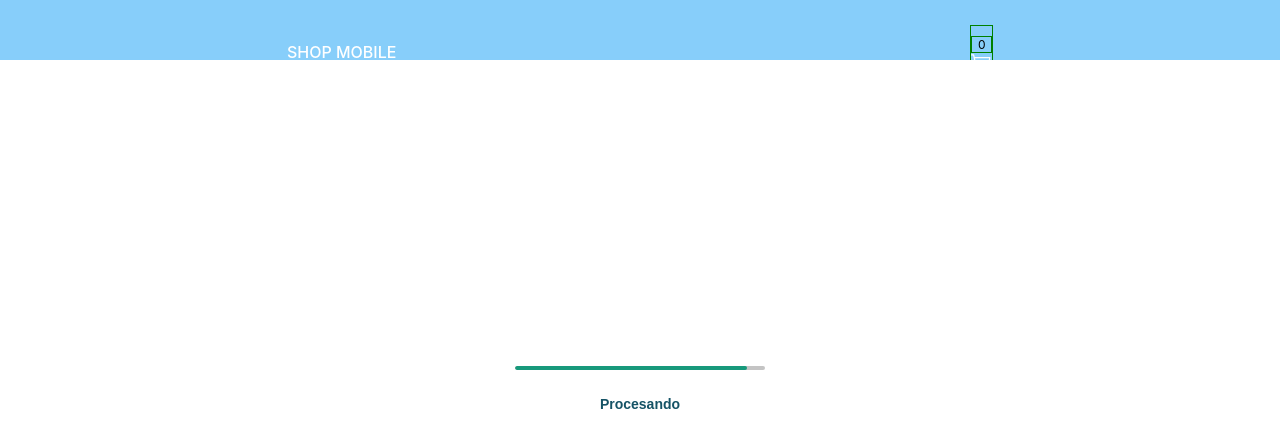
Repository: banchiec/atInditex
Page: /
These files come from the project's save history. The page is drawn as it stood at one moment and after the next save; the edit follows.
The browser window is 1280 px wide. The pictures show the whole page.
The page's requests for data from a server got no answer. The project was rebuilt for these pictures with package versions that can differ from the ones it lists, and the page was loaded fresh each time. No one was signed in, and anything a server would have sent is missing. Also part of the build but not shown: src/components/Cards/CardProductItem/cardProductItemStyled.js, src/components/Cards/CardProductItem/CardProductItem.js, src/services/cart.services.js, src/utils/products/cart.utils.js, src/screen/DetailsProductScreen/components/ButtonOptions/buttonOptionsStyled.js, src/screen/DetailsProductScreen/components/ButtonOptions/ButtonOptions.js, src/screen/DetailsProductScreen/styles/detailsProductScreenStyled.js, src/screen/DetailsProductScreen/DetailsProductScreen.js.

Above is the page before, as saved 2022-09-08 10:54:28.

### src/App.js
import {BrowserRouter as Router, Routes, Route } from 'react-router-dom'
import * as path from './utils/paths'
import Header from './components/Header/Header';
import ProductsScreen from './screen/ProductsScreen/ProductsScreen';
import DetailsProductScreen from './screen/DetailsProductScreen/DetailsProductScreen';
import { useEffect, useState } from 'react';

let counter = 0

function App() {
  const [counterCart, setCounterCart] = useState(0)

  useEffect(() => {
    handleCounterCart()
  }, [])

  const handleCounterCart = (valor) => {
    console.log(valor);
    if(valor === null){
      setCounterCart(counter)
    }
    setTimeout(() => {
      setCounterCart(valor)
    }, 1000)
    if(valor){
      counter++
    }
  }

  console.log(counterCart);

  return (
    <Router>
      <Header counterCart={counterCart} />
      <Routes>
        <Route path={path.PRODUCTPAGE} element={<ProductsScreen/>} />
        <Route path={path.DETAILSPAGE} element={<DetailsProductScreen handleCounterCart={handleCounterCart} />}  />
      </Routes>
    </Router>
  );
}

export default App;

### src/utils/paths.js
export const PRODUCTPAGE= '/'
export const DETAILSPAGE= '/product/details/:id'

### src/components/Header/Header.js
import { Link } from "react-router-dom"
import {BsCart} from 'react-icons/bs'
import * as path from '../../utils/paths'
import { ContainerHeader } from "./headerStyled"
import { useEffect, useState } from "react"

const Header = ({counterCart}) => {
  const [cartItems,setCartItems] = useState()

  useEffect(() => {
    if(counterCart === null){
      setCartItems(0)
    }
    setCartItems(counterCart?.countItems)
  }, [])

  console.log(counterCart);

  return(
    <ContainerHeader>
      <Link to={path.PRODUCTPAGE}>
        SHOP MOBILE
      </Link>
      <div>
        <p>
        { counterCart != null ? counterCart?.countItems: 0}
        </p>
        <BsCart/>
      </div>
    </ContainerHeader>
  )
}
export default Header

### src/screen/ProductsScreen/ProductsScreen.js
import { useEffect, useState } from "react"
import CardProductItem from "../../components/Cards/CardProductItem/CardProductItem"
import Loader from "../../components/Loaders/Loader"
import { getProducts } from "../../utils/products/products.utils"
import { getWithExpiry } from "../../utils/localStorage"
import { ContainerProducts, Filter, Search } from "./styles/productScreenStyled"

const ProductsScreen = () => {
  const [products, setProducts] = useState(null)
  const [productsSearch, setProductsSearch] = useState([])
  const [value, setValue] = useState('')
  const [alert, setAlert] = useState(null)
  const [cartItem, setCartItems] = useState(0)

  useEffect(() => {
    getProducts()
  },[])
  useEffect(()=> {
    setTimeout(() => {
      setProducts(getWithExpiry('products'));
      setProductsSearch(getWithExpiry('products'))
    }, 2000);
  },[])
  useEffect(() => {
    setTimeout(() => {
      if(getWithExpiry('products') === null){
        setAlert(
          <div>
            <h1>Es necesario volver a solicitar la información</h1>
          </div>
        )
        setProducts([])
      }
    }, 3600000)
  },[])

  const handleGetProduct = (e) => {
    setValue(e.target.value)
    filter(e.target.value)
  }
  const filter = (searchText) => {
    let resutlsSearch = productsSearch.filter((product) => {
      if(product.brand.toString().toLowerCase().includes(searchText.toLowerCase())
        || product.model.toString().toLowerCase().includes(searchText.toLowerCase())){
        return product
      }
    })
    setProducts(resutlsSearch)
  }
  return (
    <div>
      <Filter>
        <h4>LIST ITEM</h4>
        <Search
          type='text'
          placeholder="SEARCH"
          value={value}
          onChange={(e) => handleGetProduct(e)}
        />
      </Filter>
      <ContainerProducts>
        { !products ? (
          <Loader/>
        ):(
          products?.map((item) => {
            return (
              <CardProductItem
                key={item.id}
                id = {item.id}
                imgUrl={item.imgUrl}
                brand={item.brand}
                model={item.model}
                price={item.price}
              />
            )
        })) }
        {alert}
      </ContainerProducts>
    </div>
  )
}

export default ProductsScreen

### src/components/Header/headerStyled.js
import styled from "styled-components";

export const ContainerHeader = styled.header`


  @media (min-width:768px){
    display: flex;
    justify-content: space-around;
    align-items: center;
    background: #87CEFA;
    padding: 25px 0;
    border: 1px solid greee;
    a {
      text-decoration: none;
      color: #ffff;
      font-weight: 500;
    }
    svg {
      font-size: 1.3rem;
      color: #ffff;
    }
    div{
      border: 1px solid green;
      padding: 0;
      margin:0;
      p {
        position: relative;
        border: 1px solid green;
        margin:0 ;
        text-align: center;
        font-size: 12px;
        margin-top: 10px;
      }
    }
  }
`

### src/components/Loaders/Loader.js
import './styles/loader.css'

const Loader = () => {
	return(
		<div className="progress_bar animate-loader">
			<div className="progress_bar__content">
				<div className="progress_bar__wrapper">
					<div className="progress_bar__viewer">
						<div className="progress_bar__shimmer"></div>
					</div>
				</div>
				<div className="progress_bar__state" data-start="Solicitando datos" data-middle="Procesando" data-end="Casi esta!"></div>
			</div>
		</div>
	)
}
export default Loader

### src/utils/products/products.utils.js
import ProductsService from "../../services/product.services"
import { setWithExpiry } from "../localStorage"
const productService = new ProductsService()

export const getProducts = () => {
	productService.getProducts()
		.then((data)=> {
			setWithExpiry('products', JSON.stringify(data.data), 360000)
		})
		.catch((error) => console.log(error))
}
export const getDetailsProduct = (id) => {
	productService.getOneProduct(id)
	.then((data) => {
		setWithExpiry(`detailsProduct${data.data.id}`, JSON.stringify(data.data), 360000)
	})
	.catch((error) => console.log(error))
}

### src/utils/localStorage.js
export const setWithExpiry = (key, value, ttl) =>  {
	const now = new Date()
	const item = {
		value: value,
		expiry: now.getTime() + ttl,
	}
	localStorage.setItem(key, JSON.stringify(item))
}

export const getWithExpiry = (key) =>  {
	const itemStr =  localStorage.getItem(key)
	if (!itemStr) {
		return null
	}
	const item = JSON.parse(itemStr)
	const now = new Date()
	if (now.getTime() > item.expiry) {
		localStorage.removeItem(key)
		return null
	}
	return  JSON.parse( item.value)
}

### src/screen/ProductsScreen/styles/productScreenStyled.js
import styled from "styled-components";
export const ContainerProducts =  styled.div`
  display: flex;
  flex-direction: row;
  justify-content: center;
  flex-wrap: wrap;
	@media (min-width:768px){
  }
`
export const Filter = styled.div`
  display: flex;
  flex-direction: row;
  justify-content: space-between;
  padding:  15px 0;
  margin: 0 6em;
`
export const Search = styled.input`
	@media (min-width:768px){
		padding: 0 20px;
    text-align: end;
    border: none;
    background: whitesmoke;
    border-radius:  5px;/* border: 1px solid green; */
  }
`

### src/components/Loaders/styles/loader.css
.progress_bar {
  font-family: Arial;
  position: fixed;
  left: 0;
  bottom: 0;
  display: flex;
  width: 100%;
  align-items: center;
  justify-content: center;
  background: white;
  top: 60px;
  z-index: 999;
  height: calc(100vh - 60px);
}
.progress_bar__wrapper {
  overflow: hidden;
  border-radius: 15px;
  width: 250px;
  background-color: #c4c4c4;
  overflow: hidden;
}
.progress_bar__viewer {
  background: #17997B;
  border-radius: 4px;
  height: 4px;
  transform: scaleX(0);
  transform-origin: 0 0;
}
.progress_bar.animate-loader .progress_bar__viewer {
  animation: FillAnimation 6s cubic-bezier(0.01, 1.06, 0.71, 1) forwards infinite;
}
.progress_bar.animate-loader .progress_bar__state::before {
  content: '';
  animation: TextChange 6s infinite;
}
.progress_bar__content {
  display: flex;
  flex-direction: column;
}
.progress_bar__state {
  margin-top: 24px;
  text-align: center;
  font-size: 14px;
  line-height: 1.5;
  font-weight: bold;
  color: #155366;
}
@keyframes FillAnimation {
  0% {
    transform: scaleX(0.028);
  }
  10% {
    transform: scaleX(0.028);
  }
  20% {
    transform: scaleX(0.028);
  }
  25% {
    transform: scaleX(0.24);
  }
  35% {
    transform: scaleX(0.24);
  }
  45% {
    transform: scaleX(0.24);
  }
  50% {
    transform: scaleX(0.624);
  }
  60% {
    transform: scaleX(0.624);
  }
  70% {
    transform: scaleX(0.624);
  }
  75% {
    transform: scaleX(0.928);
  }
  85% {
    transform: scaleX(0.928);
  }
  95% {
    transform: scaleX(0.928);
  }
  100% {
    transform: scaleX(1);
  }
}
@keyframes TextChange {
  0% {
    content: attr(data-start);
  }
  24% {
    content: attr(data-start);
  }
  25% {
    content: attr(data-middle);
  }
  99% {
    content: attr(data-middle);
  }
  100% {
    content: attr(data-end);
  }
}

### src/services/product.services.js
import axios from 'axios'

class ProductsService {
	constructor() {
		this.instance = axios.create({
			baseURL: `https://front-test-api.herokuapp.com/api/product`,
			withCredentials: false
		})
	}
	deleteProduct = (id) => this.instance.delete(`/${id}`)
	getProducts = () => this.instance.get("/")
	getOneProduct = (id) => this.instance.get(`/${id}`)
	createProduct = (form) => this.instance.post("/new", form)
}
export default ProductsService;

Loaded but not shown: public/index.html (common file); src/index.js (common file); src/index.css (common file); src/reportWebVitals.js (common file)

After the next save:
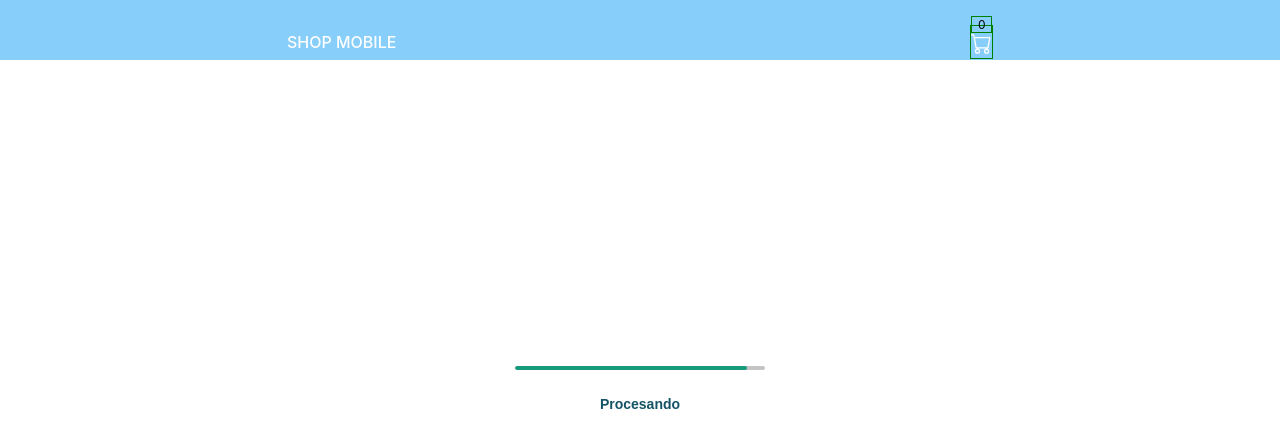
Saved 4 s later.
--- a/src/components/Header/headerStyled.js
+++ b/src/components/Header/headerStyled.js
@@ -29,7 +29,7 @@ export const ContainerHeader = styled.header`
         margin:0 ;
         text-align: center;
         font-size: 12px;
-        margin-top: 10px;
+        margin-top: -10px;
       }
     }
   }
